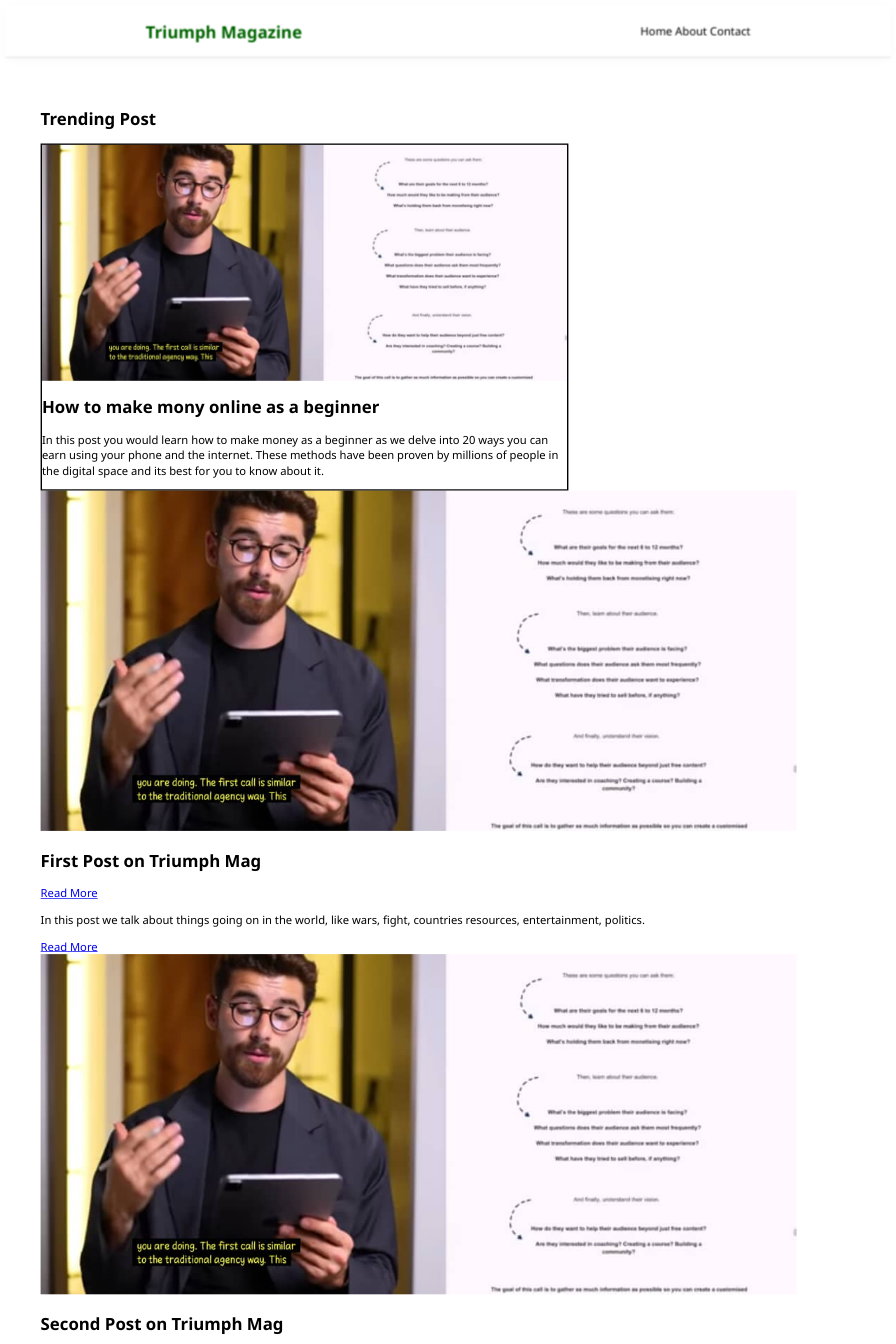
Repository: zikcolle/Triumph-Blog
Page: index.html
An editor plug-in stored every save of this project. The page is shown before and after the next save, followed by the edit.
The browser window is 1280 px wide. The pictures show the part of the page from y = 0 to 1920 px (the page is 5293 px tall before and 5419 px after), at 70% of full size.

Above is the page before, as saved 2026-06-21 14:25:04.

After the next save:
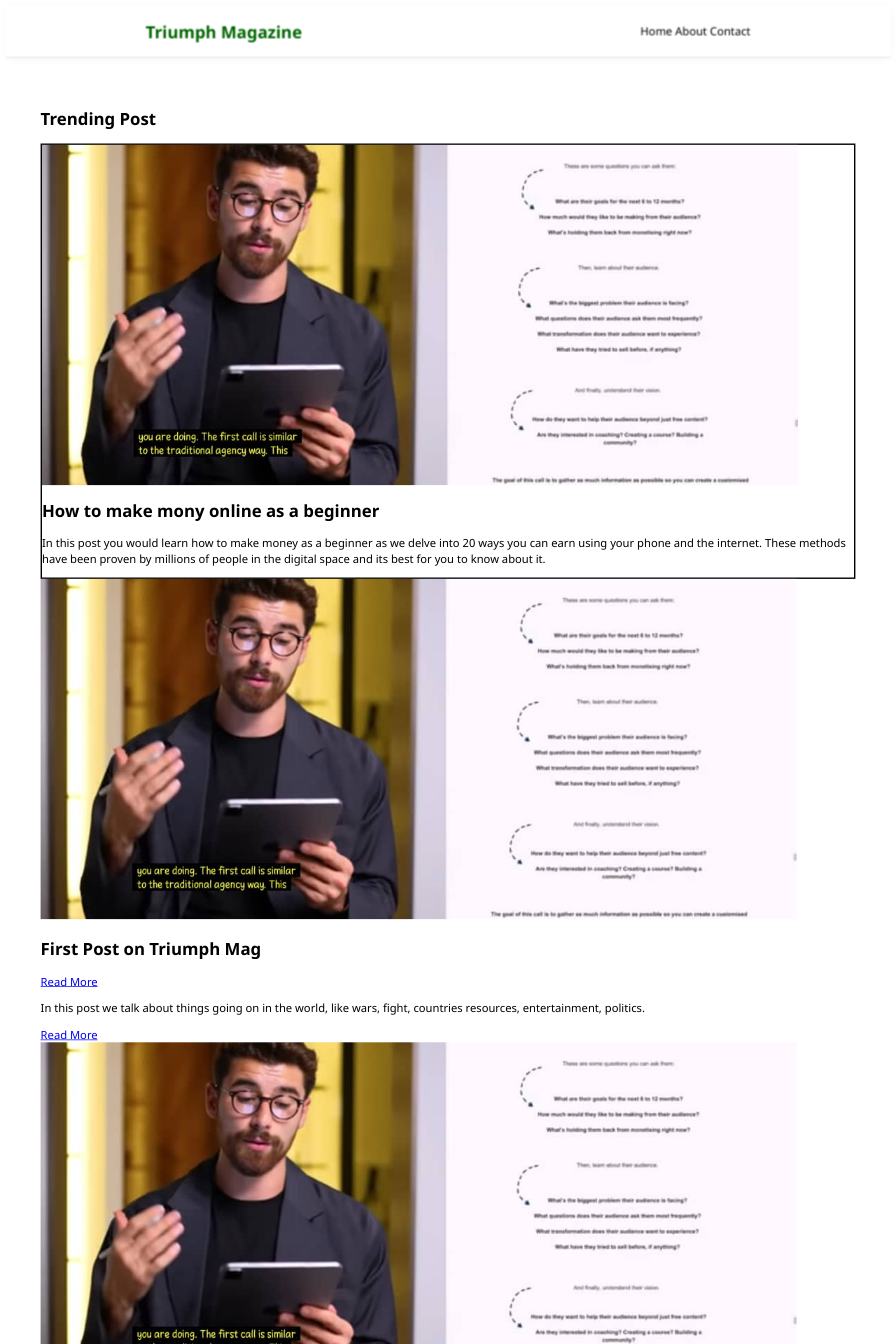
Saved 8 s later.
--- a/styles.css
+++ b/styles.css
@@ -36,7 +36,6 @@ main {
 .feat-post {
     background-color: rgb(255, 255, 255);
     border: 2px solid rgb(0, 0, 0);
-    max-width: 750px;
 }
 
 .feat-post img {
